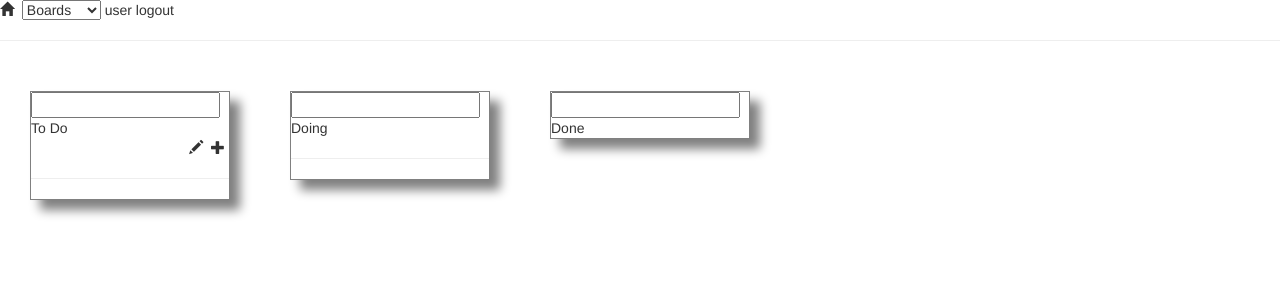
Repository: KIM-KYOUNG-OH/bitcamp-window
Page: Note/WebContent/front/note.html
The author's editor kept a copy of each file at every save. The page is drawn from the files as they stood at one save, then again after the next save.
The browser window is 1280 px wide. The pictures show the whole page.

Above is the page before, as saved 2020-10-30 08:25:38.

### Note/WebContent/front/note.html
<!DOCTYPE html>
<html>
<head>
<meta charset="UTF-8">
<title>Insert title here</title>
<!-- Latest compiled and minified CSS -->
<link rel="stylesheet" href="https://maxcdn.bootstrapcdn.com/bootstrap/3.4.1/css/bootstrap.min.css">

<!-- jQuery library -->
<script src="https://ajax.googleapis.com/ajax/libs/jquery/3.5.1/jquery.min.js"></script>

<!-- Latest compiled JavaScript -->
<script src="https://maxcdn.bootstrapcdn.com/bootstrap/3.4.1/js/bootstrap.min.js"></script>
<script src="https://code.jquery.com/jquery-3.5.0.js"></script>
<style type="text/css">
	div.boards{
		float: left;
		margin: 30px;
		border: 1px solid gray;
		box-shadow: 10px 10px 10px grey;
		width: 200px;
	}

	.board_title{
		text-align: center;
	}

	.icon{
		text-align: right;
	}

	.add_data:hover{
		cursor: pointer;
		font-weight: bold;
		color: green;
	}

	#dialog-form>form{
		position: absolute;
		left: 100px;
		top: 100px;
		width: 300px;
		border: 1px solid black;
		background-color: white;
		z-index: 10;
		padding: 10px;
	}

	#update-form>form{
		position: absolute;
		left: 100px;
		top: 100px;
		width: 300px;
		border: 1px solid black;
		background-color: white;
		z-index: 10;
		padding: 10px;
	}

	div.lst:hover{
		background-color: rgb(211,211,211);
		cursor: pointer;

	}

	div.lst{
		margin: 5px;
	}

	img.imgs{
		width: 188px;
	}

</style>
</head>
<script type="text/javascript">
$(function(){
	$("#dialog-form").hide();
	$('#update-form').hide();
	showDatas();

	$("#create_data").click(function(){
		$("#dialog-form").show();
	});

	// 노트 추가
	$("#btnadd").click(function(){
		var title = $("#title").val();
		var description = $("#description").val();
		var imageValue = $("#image").val().split("\\");
		var image = imageValue[imageValue.length-1];
		var dueDate = $("#dueDate").val();
		$.ajax({
			type:'get',
			url:'./insertdata.jsp',
			datatype:'html',
			data:{"title":title,"description":description,
				"image":image,"dueDate":dueDate},
			success:function(data){
				showDatas();
			}
		});
	});

	// insert폼창 닫기
	$("#btncancel").click(function(){
		$("#title").val('');
		$("#description").val('');
		$("#comment").val('');
		$("#image").val('');
		$("#dueDate").val('');
		$("#dialog-form").hide();
	});

	// 데이터 클릭시 form창 열기
	$(document).one('click', 'div.lst', function(data) {
		$('#update-form').show();
		var num = $(this).attr("num");
		showFormData(num);
	})

	// update폼창 닫기
	$('#up_btncancel').click(function(){
		//$("#up_title").val('');
		//$("#up_description").val('');
		//$("#up_comment").val('');
		//$("#up_image").val('');
		//$("#up_dueDate").val('');
		$('#update-form').hide();
	});

	// update
	$("#btnupdate").click(function(){
		var num = $("#up_title").attr('num');
		var title = $("#up_title").val();
		var description = $("#up_description").val();
		var commention = $("#up_comment").val();
		console.log(commention);
		var imageValue = $("#up_image").val().split("\\");
		var image = imageValue[imageValue.length-1];
		var dueDate = $("#up_dueDate").val();
		updateData(num,title,description,commention,image,dueDate);
	});

	//insert form창 작은 이미지
	$("#image").change(function(){
		console.log("1:"+$(this)[0].files.length);
		console.log("2:"+$(this)[0].files[0]);

		if($(this)[0].files[0]){
			var reader = new FileReader();
			reader.onload=function(e){
				$("#showimg").attr("src",e.target.result);
			}
			reader.readAsDataURL($(this)[0].files[0]);
		}
	});

	//update form창 작은 이미지
	$("#up_image").change(function(){
		console.log("1:"+$(this)[0].files.length);
		console.log("2:"+$(this)[0].files[0]);

		if($(this)[0].files[0]){
			var reader = new FileReader();
			reader.onload=function(e){
				$("#up_showimg").attr("src",e.target.result);
			}
			reader.readAsDataURL($(this)[0].files[0]);
		}
	});

	$("#chat").click(function(){
		var a = localStorage['email'].split('@');
		var name = a[0];
		var t = $("#up_comment").html();
		var message = $("#up_input_comment").val();
		var s = name + ">><br>&nbsp;" +message+"<br>";
		$("#up_input_comment").val('');
		t += s;
		if(message.length>0){
			$("#up_comment").html(t);
		}
	});
});

function updateData(num,title,description,commention,image,dueDate){
	$.ajax({
		type: 'get',
		url: './updatedata.jsp',
		dataType: 'html',
		data:{"num":num,"title":title,"description":description,"commention":commention,
			"image":image,"dueDate":dueDate},
		success:function(data){
			showDatas();
		}
	});
}

function showFormData(num){
	$.ajax({
		type: 'post',
		url: "./getdata.jsp",
		dataType:'json',
		data:{"num":num},
		success:function(data){
			$("#up_title").attr('num',data.num);
			$("#up_title").val(data.title);
			$("#up_description").val(data.description);
			var s = data.commention;
			$("#up_comment").html(s);
			//$("#up_image").val(data.image);
			$("#up_dueDate").val(data.dueDate);

		}
	});
}

function showDatas(){
	$.ajax({
		type: 'post',
		url: "./showdatas.jsp",
		dataType:'json',
		success:function(data){
			var s = '';
			$(data).each(function(i, elt) {
				s += "<div class='lst' num='"+elt.num+"'>";
				s += "<b>"+(i+1)+". <span id='key'>"+elt.title+ "</span></b><br>";
				if(elt.description){
					s += "<span class='glyphicon glyphicon-align-left'></span><br>";
				}
				if(elt.image){
					s += "<img class='imgs' src='../image/"+elt.image+"'>";
				}
				s += "</div><hr>";
			});

			$("#datas").html(s);
		}
	});
}

</script>
<body>
<div id="dialog-form">
  <form>
	<fieldset>
	<h4 style='text-align: center;'><b>노트 추가</b></h4><br>
		<label>title</label><br>
		<input type="text" id="title" placeholder="노트명 입력"><br>
		<label>description</label><br>
		<textarea id="description" rows='8' cols='35'></textarea><br>
		<label>image</label>
		<input type="file" accept="image/*" id="image"><br>
		<img id = "showimg" style="width:140px;"><br>
		<label>dueDate</label>
		<input type="date" id="dueDate"><br>
		<button id="btnadd" type="submit" class="btn btn-success">노트 추가</button>&nbsp;
		<button id="btncancel" type='button' class="btn btn-danger">cancel</button>
	</fieldset>
  </form>
</div>

<div id="update-form">
  <form>
	<fieldset>
	<h4 style='text-align: center;'><b>노트 정보</b></h4><br>
		<label>title</label><br>
		<input type="text" id="up_title" placeholder="노트명 입력"><br>
		<label>description</label><br>
		<textarea id="up_description" style='overflow:scroll; width:268px; height: 166px;' rows='8' cols='35'></textarea><br>
		<label>commention</label><br>
		<input type="text" id="up_input_comment" placeholder="코멘트 입력">
		&nbsp;<button type="button" id='chat' class="btn btn-success" style="height: 28px; width: 80px; ">Enter</button><br>
		<div id="up_comment" style='overflow:scroll; width:268px; height: 166px;'></div><br>
		<label>image</label>
		<input type="file" accept="image/*" id="up_image"><br>
		<img id = "up_showimg" style="width:140px;"><br>
		<label>dueDate</label>
		<input type="date" id="up_dueDate"><br>
		<button id="btnupdate" type="submit" class="btn btn-success">노트 수정</button>&nbsp;
		<button id="btndelete" type="button" class="btn btn-warning">노트 삭제</button>&nbsp;
		<button id="up_btncancel" type='button' class="btn btn-danger">cancel</button>
	</fieldset>
  </form>
</div>

<div id='head'></div>
	<span class="glyphicon glyphicon-home"></span>&nbsp;
	<select>
		<option>Boards</option>
		<option>Calendar</option>
	</select>
	<span id='user'>user</span>
	<span>logout</span>
	<hr>
<div id='body'></div>
	<div class='boards'><input type="text" class='board_title'><span>To Do</span><br>
	<div class='icon'>
		<span class="glyphicon glyphicon-pencil"></span>&nbsp;
		<span class="add_data glyphicon glyphicon-plus" id='create_data'></span>&nbsp;
	</div><hr>
	<div id='datas' class='daaas'></div>
	</div>

	<div class='boards'><input type="text" class='board_title'><span>Doing</span><br>
	<hr></div>
	<div class='boards'><input type="text" class='board_title'><span>Done</span><br>
	<div></div>
</div>

</body>
</html>

After the next save:
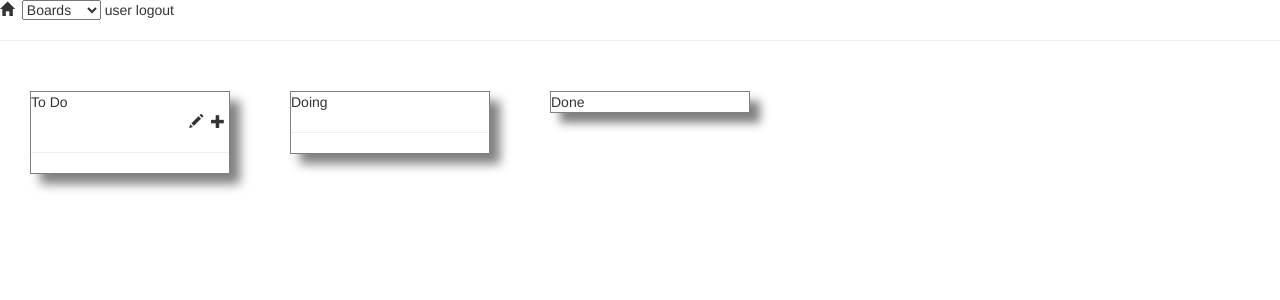
Saved 12 s later.
--- a/Note/WebContent/front/note.html
+++ b/Note/WebContent/front/note.html
@@ -22,7 +22,7 @@
 	}
 
 	.board_title{
-		text-align: center;
+		display: none;
 	}
 
 	.icon{
